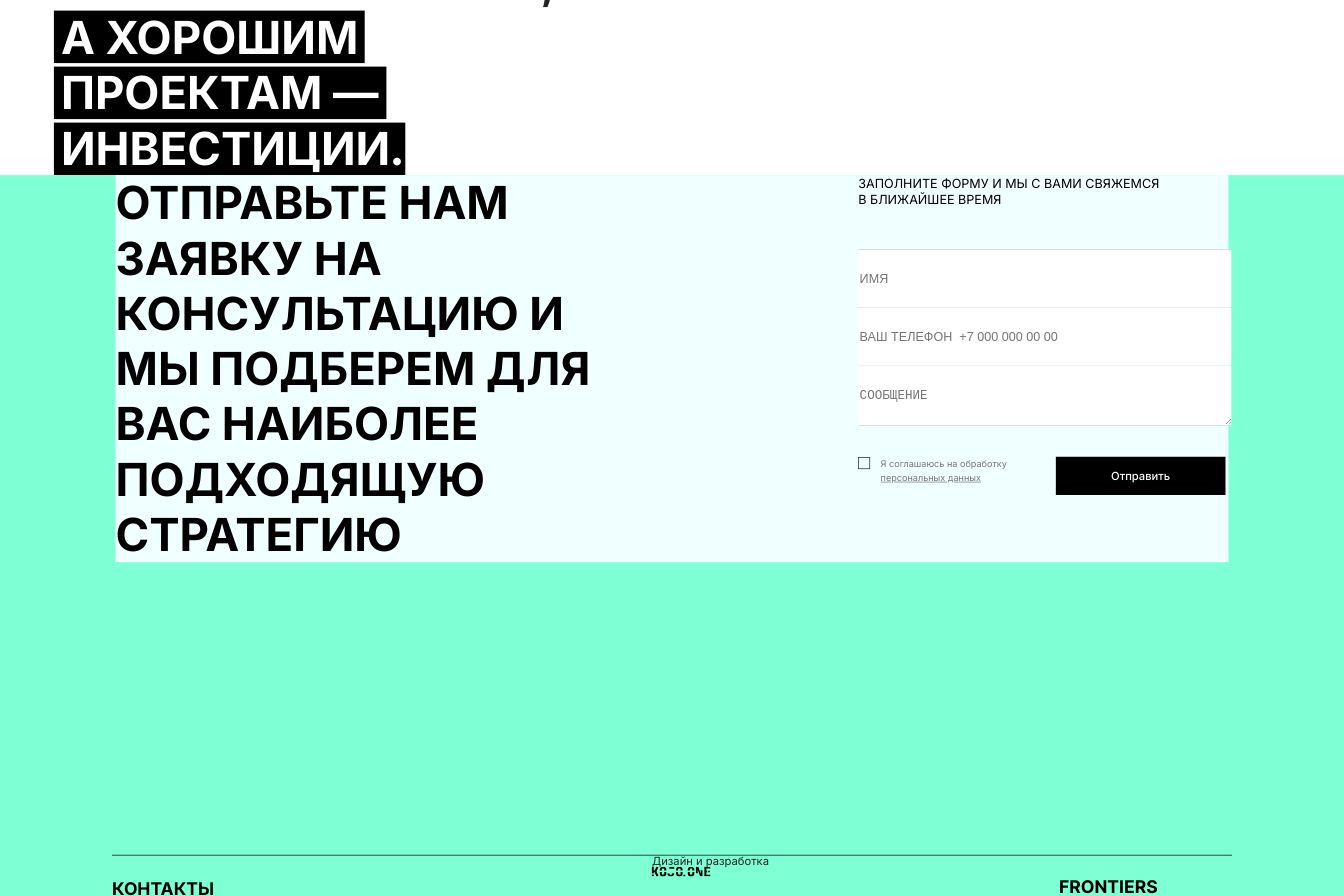
Repository: NadyaKorvin/frontiers
Page: /
The author's editor kept a copy of each file at every save. The page is drawn from the files as they stood at one save, then again after the next save.
The browser window is 1280 px wide. The page is 1920 px wide, so the pictures cover 1920 px, including what lies to the right of the window. The pictures show the part of the page from y = 1303 to 2583 px (the page is 2704 px tall before and 3051 px after), at 70% of full size.
The project was rebuilt for these pictures with package versions that can differ from the ones it lists, and the page was loaded fresh each time.

Above is the page before, as saved 2022-05-26 18:55:59.

After the next save:
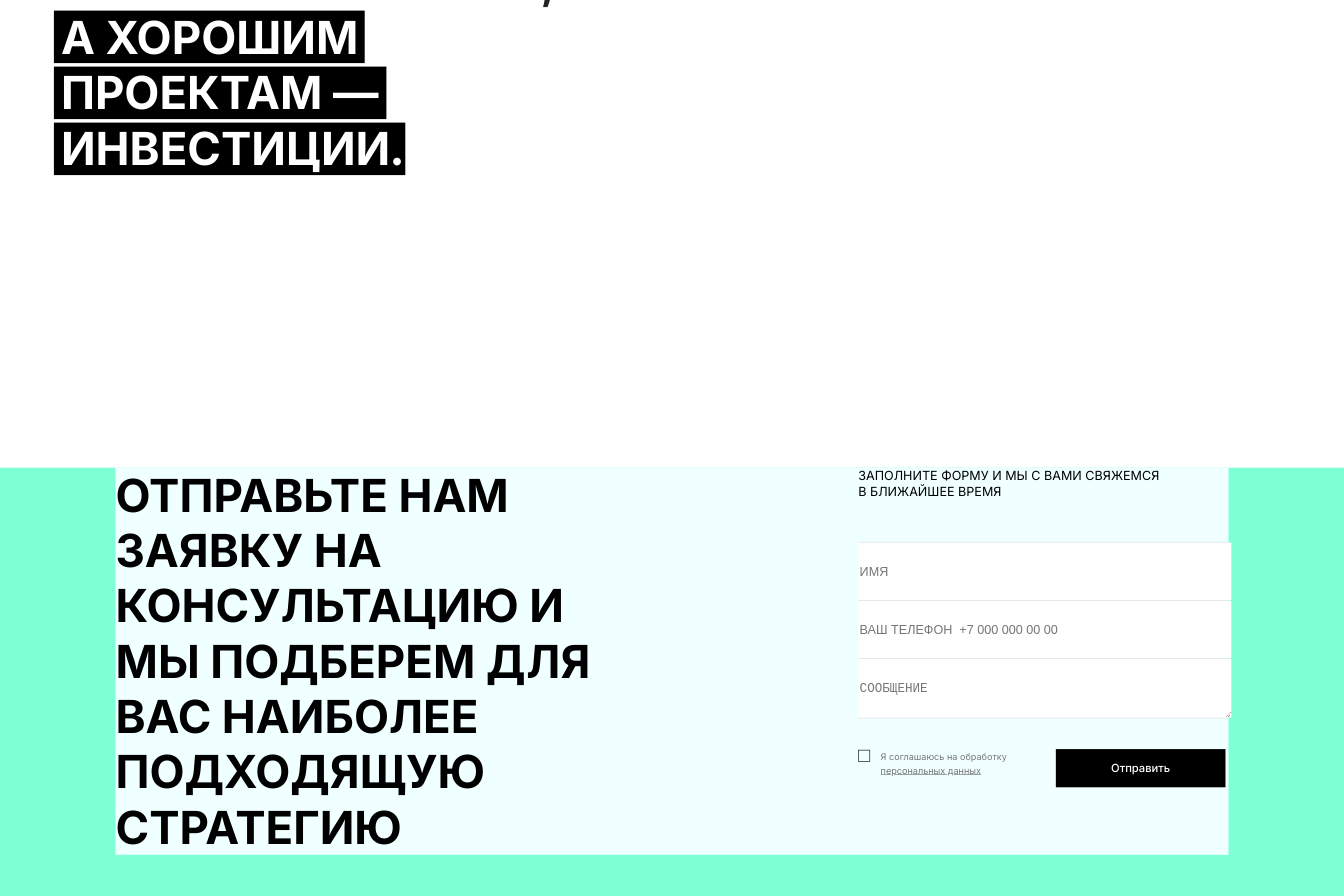
Saved 13 s later.
--- a/src/components/lastScreen/LastScreen.css
+++ b/src/components/lastScreen/LastScreen.css
@@ -6,7 +6,7 @@
 
 .lastscreen__wrapper {
   margin: 0 auto;
-  margin-bottom: 418px;
+  margin-top: 418px;
   width: 1600px;
   height: 862px;
   display: flex;
